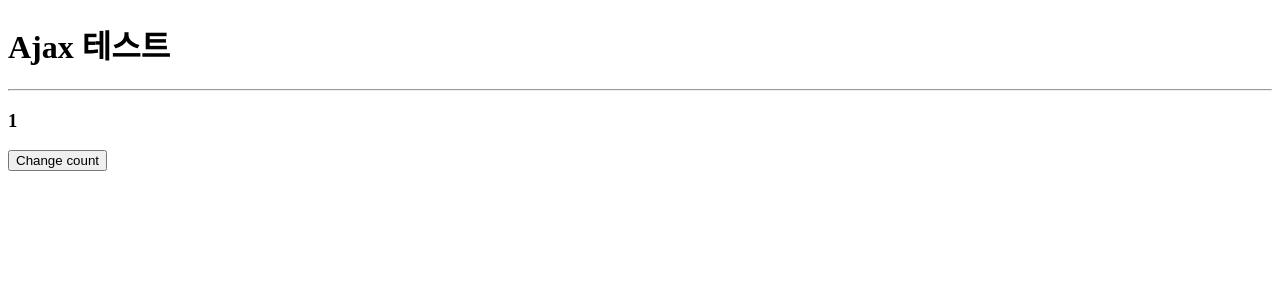
Repository: cwj2306/blog_project_2
Page: http://localhost/blog/test/ajaxtest.jsp
These files come from the project's save history. The page is drawn as it stood at one moment and after the next save; the edit follows.
The browser window is 1280 px wide. The pictures show the whole page.
The page is served by Tomcat 9. Nobody is signed in. The application's start-up code is not run.

Above is the page before, as saved 2019-11-01 03:11:57.

After the next save:
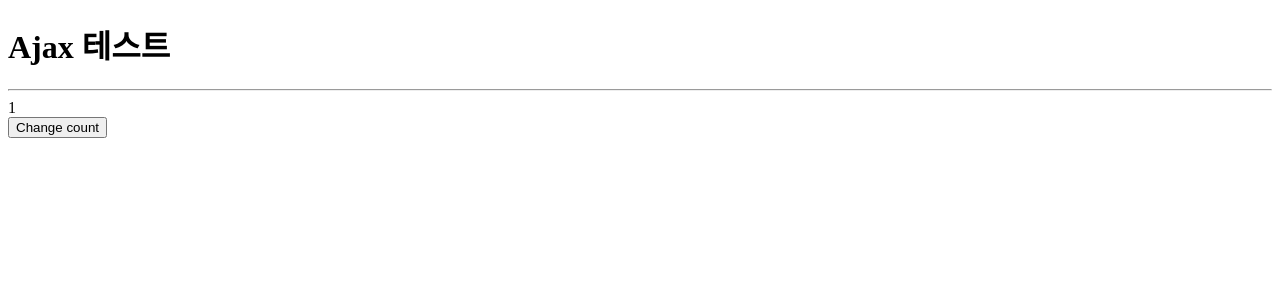
Saved 6 s later.
--- a/blog/WebContent/test/ajaxtest.jsp
+++ b/blog/WebContent/test/ajaxtest.jsp
@@ -11,7 +11,7 @@
 	<hr />
 
 	<div id="demo">
-		<h3>1</h3>
+		1
 	</div>
 	<button type="button" onclick="loadDoc()">Change count</button>
 
